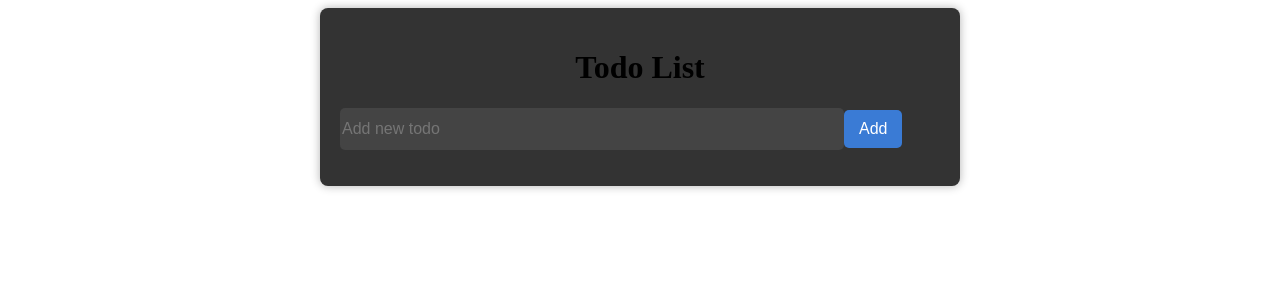
Repository: Tobby004/Todo-assignment
Page: / (app in todo-list-app/)
The author's editor kept a copy of each file at every save. The page is drawn from the files as they stood at one save, then again after the next save.
The browser window is 1280 px wide. The pictures show the whole page.
The project was rebuilt for these pictures with package versions that can differ from the ones it lists, and the page was loaded fresh each time. Also part of the build but not shown: todo-list-app/vue.config.js.

Above is the page before, as saved 2023-12-06 16:09:28.

After the next save:
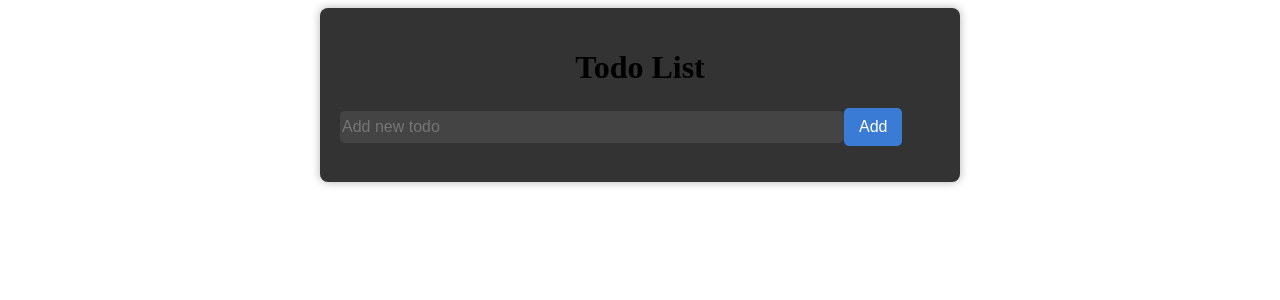
Saved 14 s later.
--- a/todo-list-app/src/App.vue
+++ b/todo-list-app/src/App.vue
@@ -84,7 +84,7 @@ h1 {
   font-size: 16px;
   background-color: #444;
   color: #eee;
-  height:40px ;
+  height:30px ;
 }
 
 .add-button {
